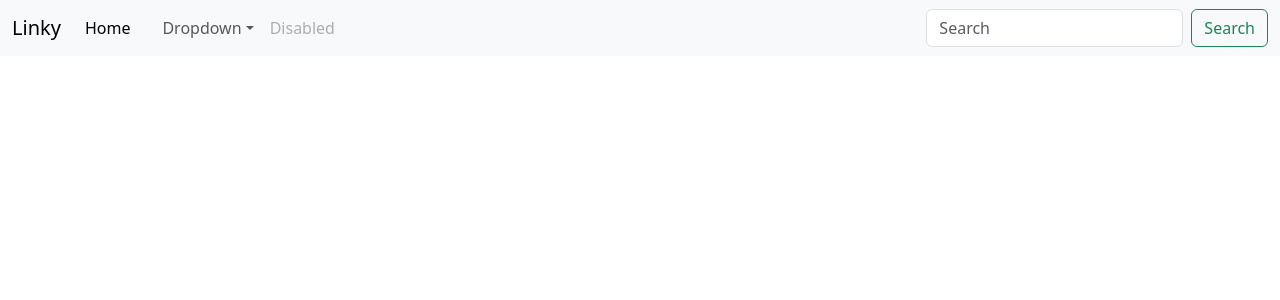
Repository: saramargulies/linktree-app-deploy
Page: / (app in ghi/)
These files come from the project's save history. The page is drawn as it stood at one moment and after the next save; the edit follows.
The browser window is 1280 px wide. The pictures show the whole page.
The project was rebuilt for these pictures with package versions that can differ from the ones it lists, and the page was loaded fresh each time. Imported but missing from the stored project, and not drawn on this page: ghi/src/Global/Footer, ghi/src/Home/HomePage.

Above is the page before, as saved 2023-09-28 18:50:33.

After the next save:
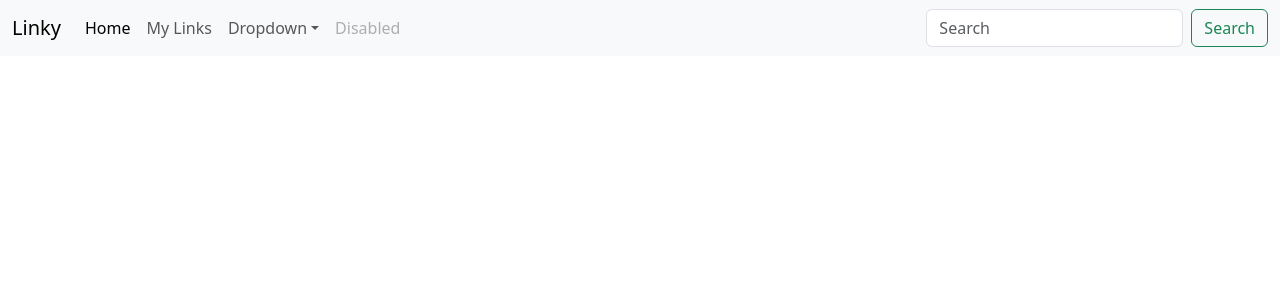
Saved 12 s later.
--- a/ghi/src/Global/NavBar.jsx
+++ b/ghi/src/Global/NavBar.jsx
@@ -30,7 +30,7 @@
                     <Link className="nav-link active" aria-current="page" href="#">Home</Link>
                     </li>
                     <li className="nav-item">
-                    <Link className="nav-link" href="#"></Link>
+                    <Link className="nav-link" href="#">My Links</Link>
                     </li>
                     <li className="nav-item dropdown">
                     <Link className="nav-link dropdown-toggle" href="#" role="button" data-bs-toggle="dropdown" aria-expanded="false">
